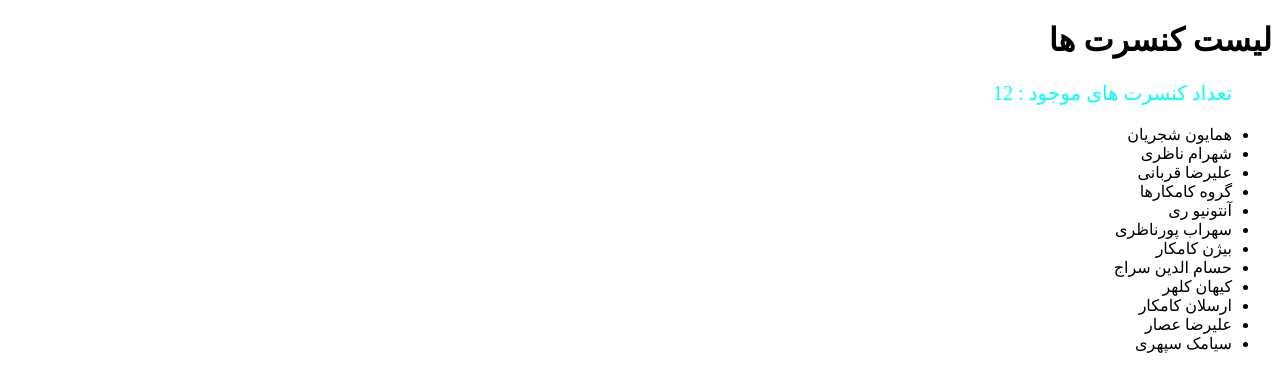
Repository: marabpour/ConcertReservation
Page: http://localhost/ticketSales/concert/list
An editor plug-in stored every save of this project. The page is shown before and after the next save, followed by the edit.
The browser window is 1280 px wide. The pictures show the whole page.
The page is served by the project's application, run on Django 3.2 (concert/manage.py). Other server files are loaded and not shown. The page reads the database file committed with the project.

Above is the page before, as saved 2021-07-25 16:49:12.

### concert/ticketSales/templates/ticketSales/concertlist.html
{% load static %}
<!DOCTYPE html>
<html dir="rtl">
    <head>
        <title>سامانه فروش بلیط کنسرت</title>
        <link rel="stylesheet" type="text/css" href="{% static 'ticketSales/css/style.css' %}">
    </head>
    <body>
        <h1>لیست کنسرت ها</h1>
        <ul>
            {% if concertlist %}
            <p>تعداد کنسرت های موجود : {{concertcount}}</p>
                {% for concert in concertlist %}
                    <li>
                        {{ concert }}
                    </li>
                {% endfor %}
            {% endif %}
        </ul>
    </body>
</html>

### concert/ticketSales/models.py
from django.db import models

# Create your models here.


class concertModel(models.Model):

    class Meta:
        verbose_name="کنسرت"
        verbose_name_plural="کنسرت"

    Name=models.CharField(max_length=100,verbose_name="نام کنسرت")
    SingerName=models.CharField(max_length=100,verbose_name="خواننده")
    length=models.IntegerField(verbose_name="مدت زمان")
    Poster=models.ImageField(upload_to="ConcertImages/",null=True,verbose_name="پوستر")


    def __str__(self):
        return self.SingerName


class locationModel(models.Model):

    class Meta:
        verbose_name="محل برگزاری"
        verbose_name_plural="محل برگزاری"

    IdNumber=models.IntegerField(primary_key=True,verbose_name="کد محل")
    Name=models.CharField(max_length=100,verbose_name="نام محل")
    Address=models.CharField(max_length=500,default="تهران-برج میلاد",verbose_name="آدرس")
    Phone=models.CharField(max_length=11,null=True,verbose_name="تلفن")
    Capacity=models.IntegerField(verbose_name="ظرفیت")

    def __str__(self):
        return self.Name


class timeModel(models.Model):

    class Meta:
        verbose_name="سانس"
        verbose_name_plural="سانس"

    concertModel=models.ForeignKey('concertModel',on_delete=models.PROTECT,verbose_name="کنسرت")
    locationModel=models.ForeignKey('locationModel',on_delete=models.PROTECT,verbose_name="محل برگزاری")
    StartDateTime=models.DateTimeField(verbose_name="تاریخ برگزاری")
    Seats=models.IntegerField(verbose_name="تعداد صندلی")


    Start=1
    End=2
    Cancel=3
    Sales=4
    status_choices=(("Start","فروش بلیط شروع شده است"),
                    ("End","فروش بلیط تمام شده است"),
                    ("Cancel","این سانس کنسل شده است"),
                    ("Sales","در حال فروش بلیط"))

    Status=models.IntegerField(choices=status_choices,verbose_name="وضعیت")

    def __str__(self):
        return "Time: {} concertName: {} Location: {}".format(StartDateTime,concertModel.Name,locationModel.Name)


class ProfileModel(models.Model):

    class Meta:
        verbose_name="کاربر"
        verbose_name_plural="کاربر"

    Name=models.CharField(max_length=100,verbose_name="نام")
    LastName=models.CharField(max_length=100,verbose_name="نام خانوادگی")
    ProfileImage=models.ImageField(upload_to="ProfileImages/",verbose_name="عکس")

    Man=1
    Woman=2
    status_choices=(("Man","مرد"),("Woman","زن"))

    Gender=models.IntegerField(choices=status_choices,verbose_name="جنسیت")

    def __str__(self):
        return "FullName:{} {}".format(Name,LastName)

class ticketModel(models.Model):

    class Meta:
        verbose_name="بلیط"
        verbose_name_plural="بلیط"

    ProfileModel=models.ForeignKey("ProfileModel",on_delete=models.PROTECT,verbose_name="کاربر")
    timeModel=models.ForeignKey("timeModel",on_delete=models.PROTECT,verbose_name="سانس")
    TicketImage=models.ImageField(upload_to="TicketImages/",verbose_name="عکس")
    Name=models.CharField(max_length=100,verbose_name="عنوان")
    Price=models.IntegerField(verbose_name="مبلغ")

    def __str__(self):
        return "TicketInfo: Profile: {} ConcertInfo : {}".format(timeModel.__str__())

### concert/ticketSales/views.py
from django.shortcuts import render
# from django.http import HttpResponse
from ticketSales.models import concertModel

# Create your views here.

def concertListView(request):
    concerts=concertModel.objects.all()

    context={

        "concertlist":concerts,
        "concertcount":concerts.count()
    }
    return render(request,"ticketSales/concertlist.html",context)

### concert/concert/urls.py
"""concert URL Configuration

The `urlpatterns` list routes URLs to views. For more information please see:
    https://docs.djangoproject.com/en/3.1/topics/http/urls/
Examples:
Function views
    1. Add an import:  from my_app import views
    2. Add a URL to urlpatterns:  path('', views.home, name='home')
Class-based views
    1. Add an import:  from other_app.views import Home
    2. Add a URL to urlpatterns:  path('', Home.as_view(), name='home')
Including another URLconf
    1. Import the include() function: from django.urls import include, path
    2. Add a URL to urlpatterns:  path('blog/', include('blog.urls'))
"""
from django.contrib import admin
from django.urls import path
from django.conf import settings
from django.conf.urls.static import static
from ticketSales.views import concertListView

urlpatterns = [
    path('admin/', admin.site.urls),
    path('ticketSales/concert/list',concertListView)
]

if settings.DEBUG:
    urlpatterns += static(settings.MEDIA_URL,document_root=settings.MEDIA_ROOT)

### concert/ticketSales/static/ticketSales/css/style.css
p{
    color: aqua;
    font-size: 20px;
}

### concert/db.sqlite3 (the tables this page reads, as SQL)
CREATE TABLE "ticketSales_concertmodel" ("id" integer NOT NULL PRIMARY KEY AUTOINCREMENT, "Name" varchar(100) NOT NULL, "SingerName" varchar(100) NOT NULL, "Poster" varchar(100) NULL, "length" integer NOT NULL);
INSERT INTO "ticketSales_concertmodel" VALUES
(1, 'سیمرغ', 'همایون شجریان', 'concertImages/Homayoun_Shajarian_4J8Q82U.jpg', 200),
(2, 'شیدا شدم', 'شهرام ناظری', 'ConcertImages/Shahram_Nazeri.jpg', 200),
(3, 'خزان', 'علیرضا قربانی', 'ConcertImages/Alireza_Ghorbani.jpg', 200),
(4, 'سنجانه', 'گروه کامکارها', 'ConcertImages/Kamkarha.jpg', 200),
(5, 'زریاب', 'آنتونیو ری', 'ConcertImages/Sohrab_Pournazeri.jpg', 200),
(6, 'شمس', 'سهراب پورناظری', 'ConcertImages/Shams_Group.jpg', 200),
(7, 'دف و نی', 'بیژن کامکار', 'ConcertImages/Bijan_Kamkar.jpg', 200),
(13, 'وداع', 'حسام الدین سراج', 'concertImages/Hesamedin_Seraj.jpg', 200),
(14, 'کویر', 'کیهان کلهر', 'concertImages/Keyhan_Kalhor.jpg', 200),
(15, 'باران', 'ارسلان کامکار', 'concertImages/Manjin_Group.jpg', 200),
(16, 'کوچ', 'علیرضا عصار', 'concertImages/Alireza_Assar.jpg', 200),
(17, 'کژال', 'سیامک سپهری', 'concertImages/Rastak_Group.jpg', 200);

After the next save:
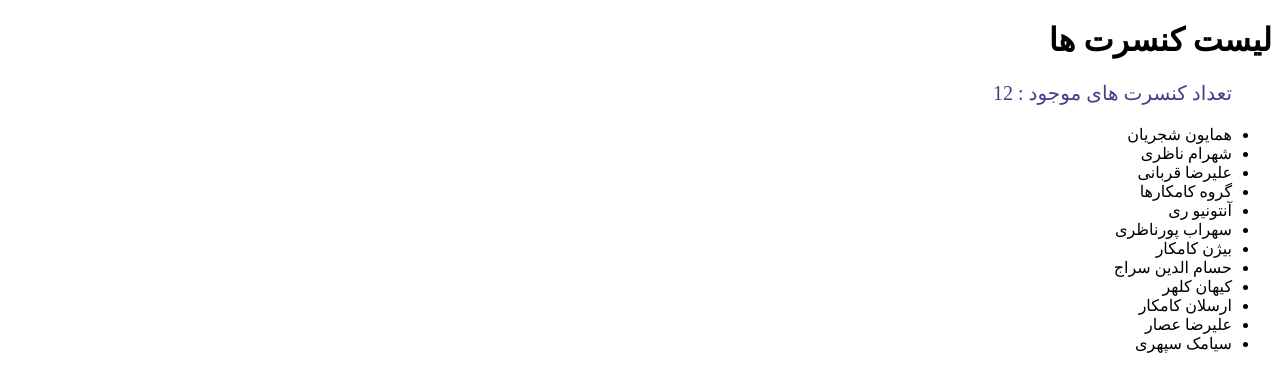
Saved 4 min 38 s later.
--- a/concert/ticketSales/static/ticketSales/css/style.css
+++ b/concert/ticketSales/static/ticketSales/css/style.css
@@ -1,4 +1,4 @@
 p{
-    color: aqua;
+    color:darkslateblue;
     font-size: 20px;
 }
